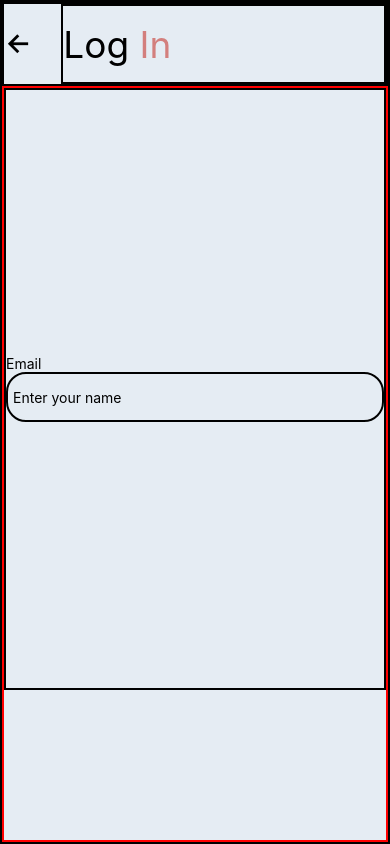
Repository: kgayathridevi/pregband
Screen: /
An editor plug-in stored every save of this project. The screen is shown before and after a run of saves, followed by the edit.
The app was drawn by React Native's web renderer in a window 390 px wide. The project was rebuilt for these pictures with package versions that can differ from the ones it lists, and the page was loaded fresh each time. Also part of the build but not shown: component/SignUpScreen.jsx, component/Home.jsx.

Above is the screen before, as saved 2023-04-28 15:09:03.

### App.js
import { NavigationContainer } from "@react-navigation/native";
import { createNativeStackNavigator } from "@react-navigation/native-stack";
import { StatusBar } from "expo-status-bar";
import { StyleSheet, Text, View } from "react-native";
import SignUpScreen from "./component/SignUpScreen";
import LogInScreen from "./component/LogInScreen";
import Home from "./component/Home";

const Stack = createNativeStackNavigator();
export default function App() {
  return (
    <NavigationContainer>
      <Stack.Navigator initialRouteName="Log">
        <Stack.Screen
          options={{ headerShown: false }}
          name="Log"
          component={LogInScreen}
        />
        <Stack.Screen name="Sign" component={SignUpScreen} />
        <Stack.Screen name="Home" component={Home} />
      </Stack.Navigator>
    </NavigationContainer>
  );
}

const styles = StyleSheet.create({
  // container: {
  //   flex: 1,
  //   backgroundColor: '#fff',
  //   alignItems: 'center',
  //   justifyContent: 'center',
  // },
});

### component/LogInScreen.jsx
import {
  Button,
  StyleSheet,
  Text,
  TextInput,
  TouchableOpacity,
  View,
} from "react-native";
import React from "react";
import { SafeAreaView } from "react-native-safe-area-context";
import Ionicons from "@expo/vector-icons/Ionicons";

const LogInScreen = ({ navigation }) => {
  return (
    <SafeAreaView style={styles.container}>
      <View style={styles.headerContainer}>
        <View style={styles.btnCont}>
          {/* <Text>back</Text> */}
          <Ionicons name="arrow-back" color="black" size={30} />
        </View>
        <View style={styles.titleContain}>
          <Text style={styles.textC}>Log</Text>
          <Text style={[styles.textC, styles.textC2]}> In</Text>
        </View>
      </View>
      <View style={styles.mainContainer}>
        <View style={styles.inputContainer}>
          <Text>Email</Text>
          <TextInput style={styles.textInp} placeholder="Enter your name" />
        </View>
        <View></View>
      </View>
    </SafeAreaView>
  );
};

export default LogInScreen;

const styles = StyleSheet.create({
  container: {
    borderWidth: 2,
    height: "100%",
    backgroundColor: "#E5ECF3",
  },
  headerContainer: {
    borderWidth: 2,
    height: "10%",
    flexDirection: "row",
    justifyContent: "space-between",
  },
  titleContain: {
    borderWidth: 2,
    flexDirection: "row",
    width: "85%",
    alignItems: "center",
  },
  btnCont: {
    justifyContent: "center",
    // borderWidth: 2,
  },
  textC: {
    fontSize: 37,
  },
  textC2: {
    color: "#D37F7D",
  },

  mainContainer: {
    borderWidth: 2,
    height: "90%",
    borderColor: "red",
  },
  inputContainer: {
    borderWidth: 2,
    height: "80%",
    justifyContent: "center",
  },
  textInp: {
    borderWidth: 2,
    borderRadius: 20,
    height: 50,
    paddingHorizontal: 5,
  },
});

After the next 2 saves:
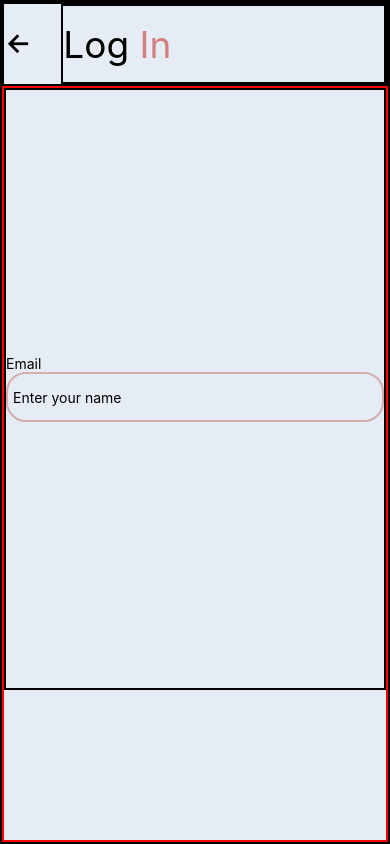
The 2 saves are shown as one change because 1 did not build or start.
The last was saved 40 s later.
--- a/component/LogInScreen.jsx
+++ b/component/LogInScreen.jsx
@@ -77,6 +77,7 @@ const styles = StyleSheet.create({
   },
   textInp: {
     borderWidth: 2,
+    borderColor: "#D4ADAC",
     borderRadius: 20,
     height: 50,
     paddingHorizontal: 5,
